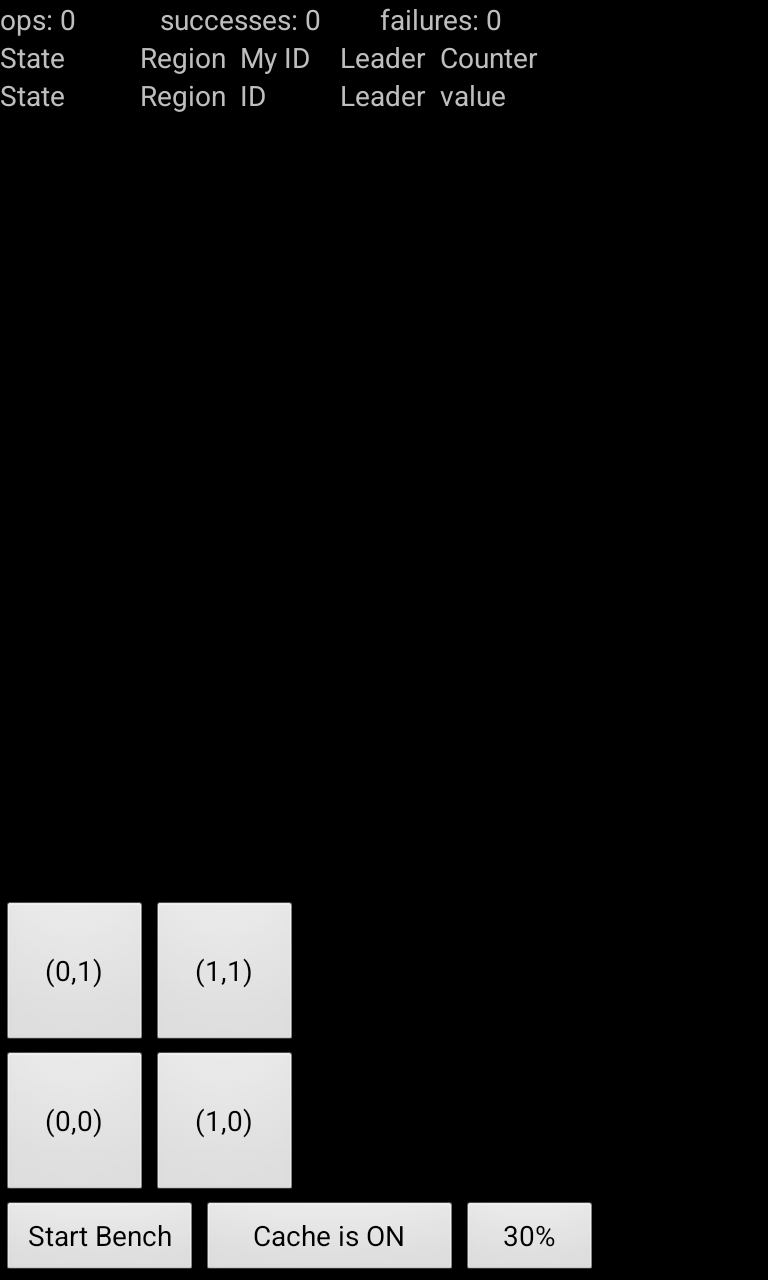
Repository: jasongao/csmcode
Layout: current/workspace/VNConsistent/res/layout/main.xml
An editor plug-in stored every save of this project. The layout is shown before and after the next save, followed by the edit.
It is drawn on a 768 x 1280 px phone screen (xhdpi) without system bars, with theme android:Theme; the app's code is not run. Lists and similar views that code fills are empty.

Above is the layout before, as saved 2011-07-17 15:39:50.

### current/workspace/VNConsistent/res/layout/main.xml
<?xml version="1.0" encoding="utf-8"?>
<LinearLayout xmlns:android="http://schemas.android.com/apk/res/android"
	android:orientation="vertical" android:layout_width="fill_parent"
	android:layout_height="fill_parent">

	<LinearLayout android:layout_width="match_parent"
		android:layout_height="wrap_content" android:id="@+id/CountInfoLayout">
		<TextView android:text="ops: 0" android:layout_height="wrap_content"
			android:id="@+id/opcount_tv" android:layout_width="80dip"></TextView>
		<TextView android:text="successes: 0" android:layout_height="wrap_content"
			android:id="@+id/successcount_tv" android:layout_width="110dip"></TextView>
		<TextView android:text="failures: 0" android:layout_height="wrap_content"
			android:id="@+id/failurecount_tv" android:layout_width="90dip"></TextView>
	</LinearLayout>

	<LinearLayout android:layout_width="match_parent"
		android:layout_height="wrap_content" android:id="@+id/StatusHeadingLayout">
		<TextView android:text="State" android:id="@+id/TextView04"
			android:layout_height="wrap_content" android:layout_width="70dip"></TextView>
		<TextView android:text="Region" android:layout_width="50dip"
			android:id="@+id/TextView03" android:layout_height="wrap_content"></TextView>
		<TextView android:text="My ID" android:layout_width="50dip"
			android:id="@+id/TextView01" android:layout_height="wrap_content"></TextView>
		<TextView android:layout_height="wrap_content"
			android:layout_width="50dip" android:text="Leader" android:id="@+id/TextView05"></TextView>
		<TextView android:text="Counter" android:layout_height="wrap_content"
			android:id="@+id/TextView06" android:layout_width="75dip"></TextView>
	</LinearLayout>
	<LinearLayout android:layout_width="match_parent"
		android:layout_height="wrap_content" android:id="@+id/StatusInfoLayout">
		<TextView android:text="State" android:layout_height="wrap_content"
			android:id="@+id/state_tv" android:layout_width="70dip"></TextView>
		<TextView android:text="Region" android:layout_height="wrap_content"
			android:layout_width="50dip" android:id="@+id/region_tv"></TextView>
		<TextView android:text="ID" android:layout_width="50dip"
			android:id="@+id/id_tv" android:layout_height="wrap_content"></TextView>
		<TextView android:layout_height="wrap_content"
			android:layout_width="50dip" android:text="Leader" android:id="@+id/leader_tv"></TextView>
		<TextView android:layout_height="wrap_content"
			android:layout_width="75dip" android:text="value" android:id="@+id/csm_tv"></TextView>
	</LinearLayout>

	<ListView android:id="@+id/msgList" android:layout_width="fill_parent"
		android:layout_height="fill_parent" android:stackFromBottom="true"
		android:transcriptMode="alwaysScroll" android:layout_weight="1">
	</ListView>

	<LinearLayout android:layout_width="fill_parent"
		android:orientation="horizontal" android:layout_height="wrap_content"
		android:id="@+id/RegionButton1Layout">
		<Button android:text="(0,1)" android:id="@+id/0_1_button"
			android:layout_width="75dip" android:layout_height="75dip" />
		<Button android:text="(1,1)" android:id="@+id/1_1_button"
			android:layout_width="75dip" android:layout_height="75dip" />
	</LinearLayout>

	<LinearLayout android:layout_width="fill_parent"
		android:orientation="horizontal" android:layout_height="wrap_content"
		android:id="@+id/RegionButton2Layout">
		<Button android:text="(0,0)" android:id="@+id/0_0_button"
			android:layout_width="75dip" android:layout_height="75dip" />
		<Button android:text="(1,0)" android:id="@+id/1_0_button"
			android:layout_width="75dip" android:layout_height="75dip" />
	</LinearLayout>

	<LinearLayout android:layout_width="fill_parent"
		android:orientation="horizontal" android:layout_height="wrap_content"
		android:id="@+id/TestButtonsLayout">
		<Button android:text="Start Bench" android:layout_width="100dip"
			android:id="@+id/switchbench_button" android:layout_height="40dip"></Button>
		<Button android:layout_width="130dip" android:text="Cache is ON"
			android:id="@+id/cache_button" android:layout_height="40dip"></Button>
		<Button android:text="30%" android:id="@+id/distribution_button"
			android:layout_height="40dip" android:layout_width="70dip"></Button>
	</LinearLayout>

</LinearLayout>

After the next save:
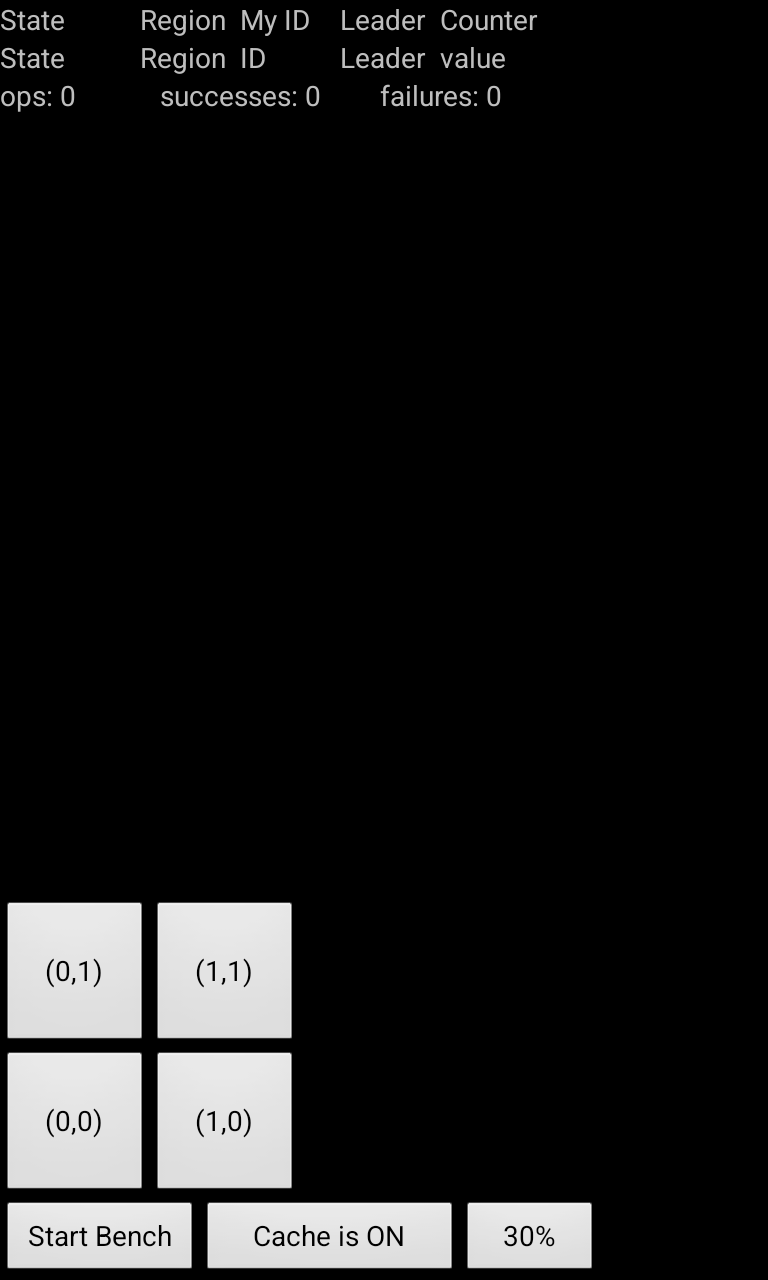
Saved 10 s later.
--- a/current/workspace/VNConsistent/res/layout/main.xml
+++ b/current/workspace/VNConsistent/res/layout/main.xml
@@ -2,16 +2,6 @@
 <LinearLayout xmlns:android="http://schemas.android.com/apk/res/android"
 	android:orientation="vertical" android:layout_width="fill_parent"
 	android:layout_height="fill_parent">
-
-	<LinearLayout android:layout_width="match_parent"
-		android:layout_height="wrap_content" android:id="@+id/CountInfoLayout">
-		<TextView android:text="ops: 0" android:layout_height="wrap_content"
-			android:id="@+id/opcount_tv" android:layout_width="80dip"></TextView>
-		<TextView android:text="successes: 0" android:layout_height="wrap_content"
-			android:id="@+id/successcount_tv" android:layout_width="110dip"></TextView>
-		<TextView android:text="failures: 0" android:layout_height="wrap_content"
-			android:id="@+id/failurecount_tv" android:layout_width="90dip"></TextView>
-	</LinearLayout>
 
 	<LinearLayout android:layout_width="match_parent"
 		android:layout_height="wrap_content" android:id="@+id/StatusHeadingLayout">
@@ -38,6 +28,11 @@
 			android:layout_width="50dip" android:text="Leader" android:id="@+id/leader_tv"></TextView>
 		<TextView android:layout_height="wrap_content"
 			android:layout_width="75dip" android:text="value" android:id="@+id/csm_tv"></TextView>
+	</LinearLayout>
+	<LinearLayout android:id="@+id/CountInfoLayout" android:layout_width="match_parent" android:layout_height="wrap_content">
+		<TextView android:id="@+id/opcount_tv" android:layout_width="80dip" android:text="ops: 0" android:layout_height="wrap_content"></TextView>
+		<TextView android:id="@+id/successcount_tv" android:layout_width="110dip" android:text="successes: 0" android:layout_height="wrap_content"></TextView>
+		<TextView android:id="@+id/failurecount_tv" android:layout_width="90dip" android:text="failures: 0" android:layout_height="wrap_content"></TextView>
 	</LinearLayout>
 
 	<ListView android:id="@+id/msgList" android:layout_width="fill_parent"
